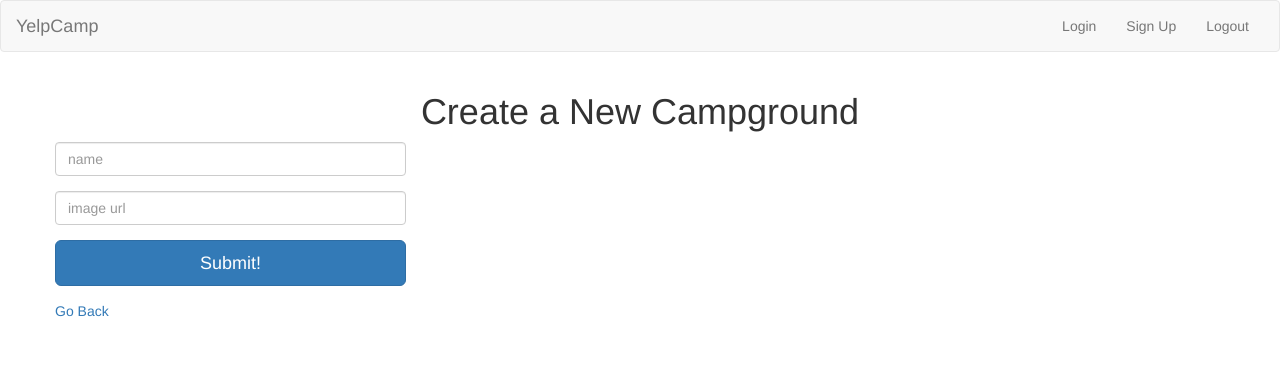
Repository: Bhitt/Cloud9_Projects
Page: http://localhost/campgrounds/new
The author's editor kept a record of every edit. The page is drawn from the files as they stood at one moment, then again after the next edit.
The browser window is 1280 px wide. The pictures show the whole page.
The page is served by the project's Node server (YelpCamp/v1/app.js).

Above is the page before.

After the next edit:
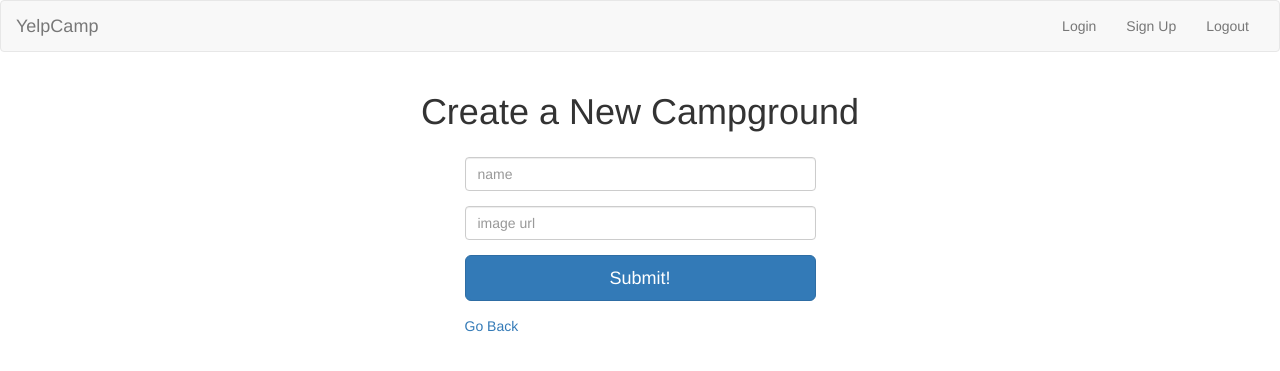
The edit:
--- a/webdevbootcamp/workspace/YelpCamp/v1/views/new.ejs
+++ b/webdevbootcamp/workspace/YelpCamp/v1/views/new.ejs
@@ -3,7 +3,7 @@
 <div class="container">
     <div class="row">
         <h1 style="text-align: center;">Create a New Campground</h1>
-        <div style="width: 30%; margin0 auto;">
+        <div style="width: 30%; margin: 25px auto;">
             <form action="/campgrounds" method="POST">
                 <div class="form-group">
                     <input class="form-control" type="text" name="name" placeholder="name">
